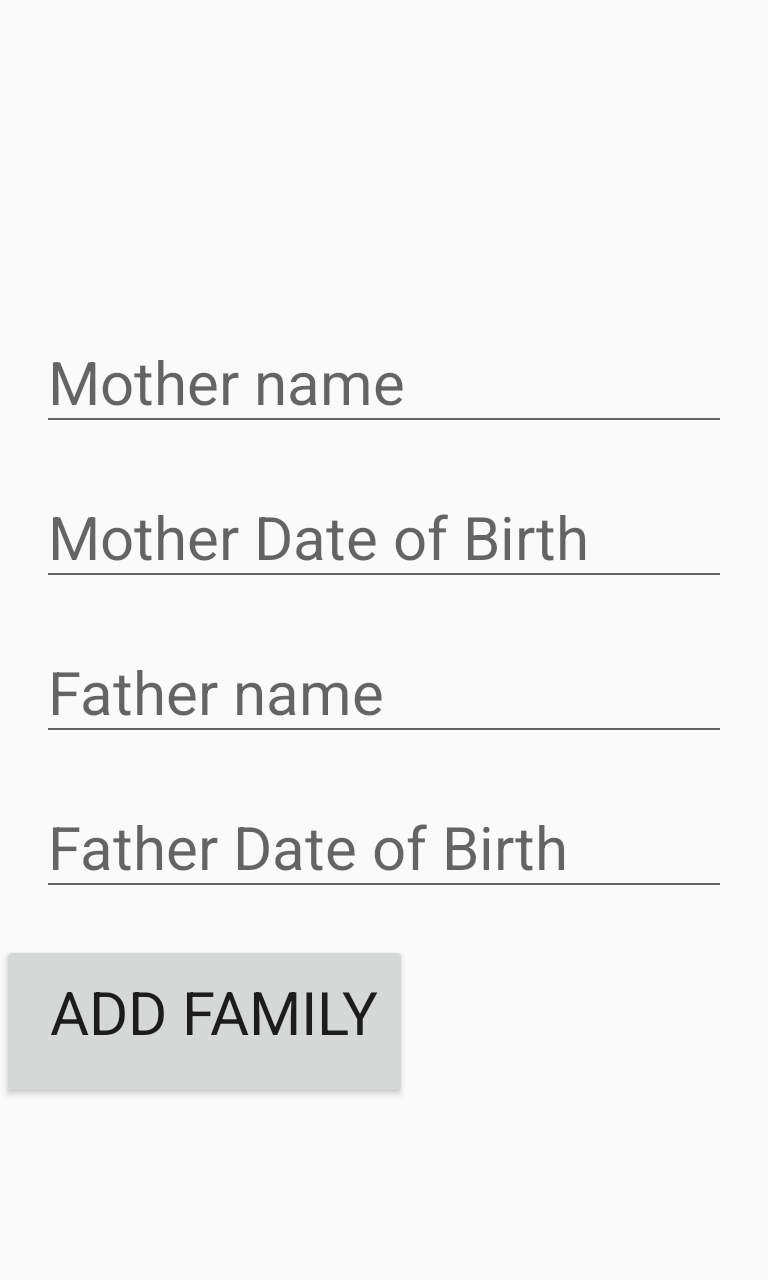
Repository: achavez812/GuatemalaProject2
Layout: GuateMedic-master/GuateMedic/res/layout/fragment_add_new_family.xml
These files come from the project's save history. The layout is drawn as it stood at one moment and after the next save; the edit follows.
It is drawn on a 768 x 1280 px phone screen (xhdpi) without system bars, with theme AppTheme; the app's code is not run.

Above is the layout before, as saved 2014-07-02 04:30:32.

After the next save:
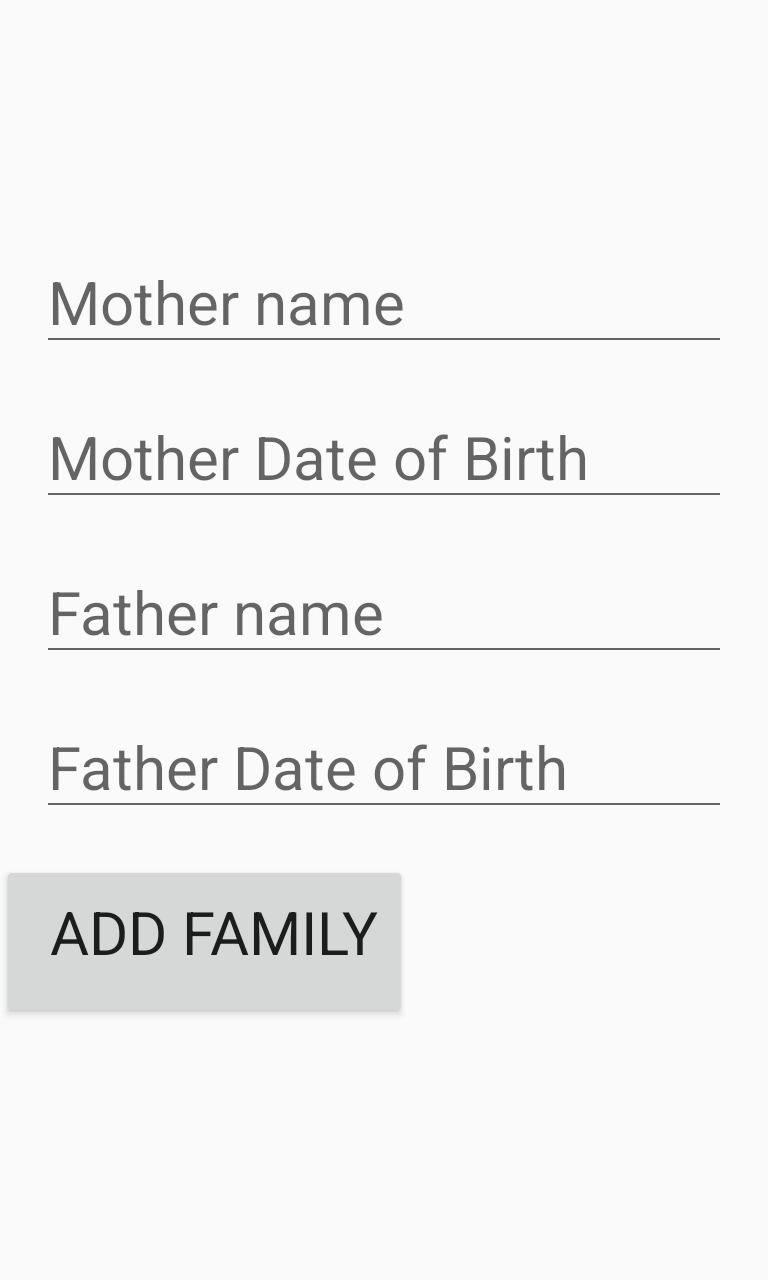
Saved 45 s later.
--- a/GuateMedic-master/GuateMedic/res/layout/fragment_add_new_family.xml
+++ b/GuateMedic-master/GuateMedic/res/layout/fragment_add_new_family.xml
@@ -7,8 +7,9 @@
     <TextView
         android:id="@+id/add_new_family_textview"
         android:textSize="30sp"
-        android:layout_marginBottom="100dp"
+        android:layout_marginBottom="60dp"
         android:layout_marginTop="20dp"
+        android:gravity="center"
         android:layout_width="wrap_content"
         android:layout_height="wrap_content" />
 
